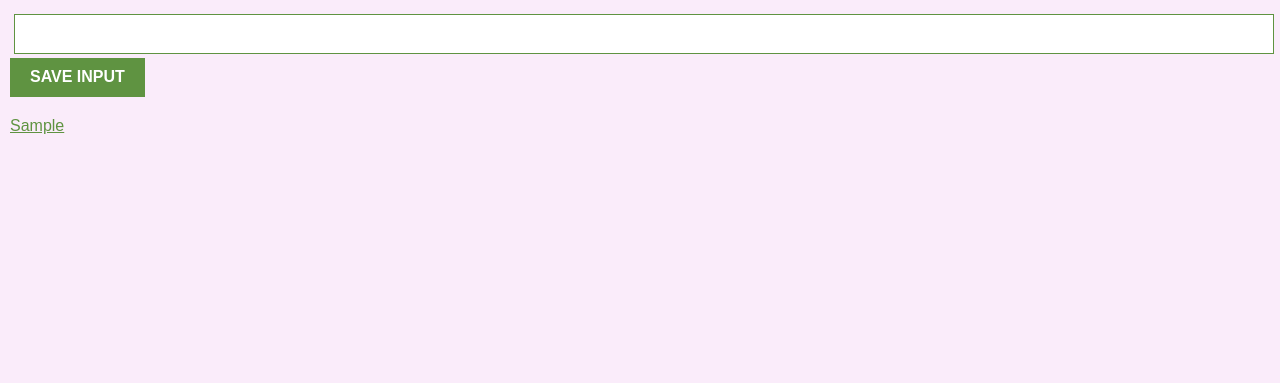
Repository: jt010051/chromeExtension
Page: index.html
An editor plug-in stored every save of this project. The page is shown before and after the next save, followed by the edit.
The browser window is 1280 px wide. The pictures show the whole page.
Empty fields were first filled with sample values (such as "Sample", 5 or name@example.com).
After loading, the first visible `#input-btn` was clicked once.

Above is the page before, as saved 2022-02-28 06:52:08.

After the next save:
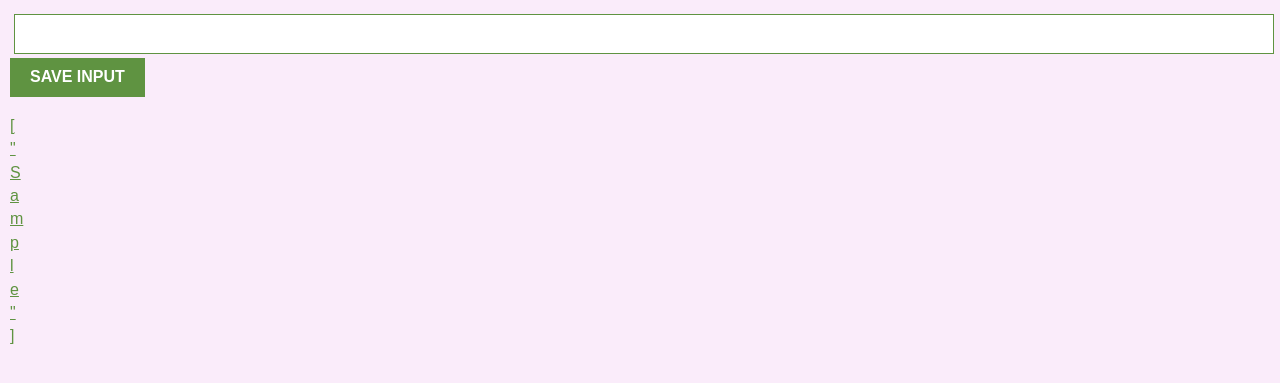
Saved 118 s later.
--- a/index.js
+++ b/index.js
@@ -12,7 +12,8 @@
 
 myLeads.push(inputEl.value)
 inputEl.value = ""
-
+   myLeads =JSON.stringify(myLeads);
+   localStorage.setItem(myLeads,inputEl.value )
 renderLeads()
 console.log(typeof myLeads)
 })
@@ -29,7 +30,6 @@
          </a>
     </li>
     `
-    console.log(listItems)
 }
 ulEl.innerHTML =listItems
 }

After the 2 saves that followed:
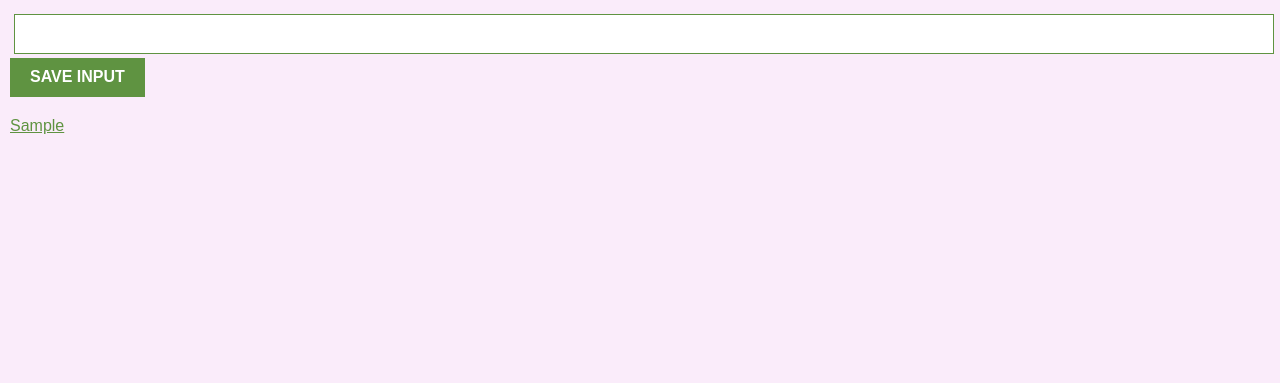
The 2 saves are shown as one change because 1 left the picture as it was.
The last was saved 2 min 0 s later.
--- a/index.js
+++ b/index.js
@@ -12,10 +12,10 @@
 
 myLeads.push(inputEl.value)
 inputEl.value = ""
-   myLeads =JSON.stringify(myLeads);
-   localStorage.setItem(myLeads,inputEl.value )
+
+   localStorage.setItem("myLeads", JSON.stringify(myLeads) )
 renderLeads()
-console.log(typeof myLeads)
+console.log(localStorage.getItem(myLeads))
 })
 
 function renderLeads(){
